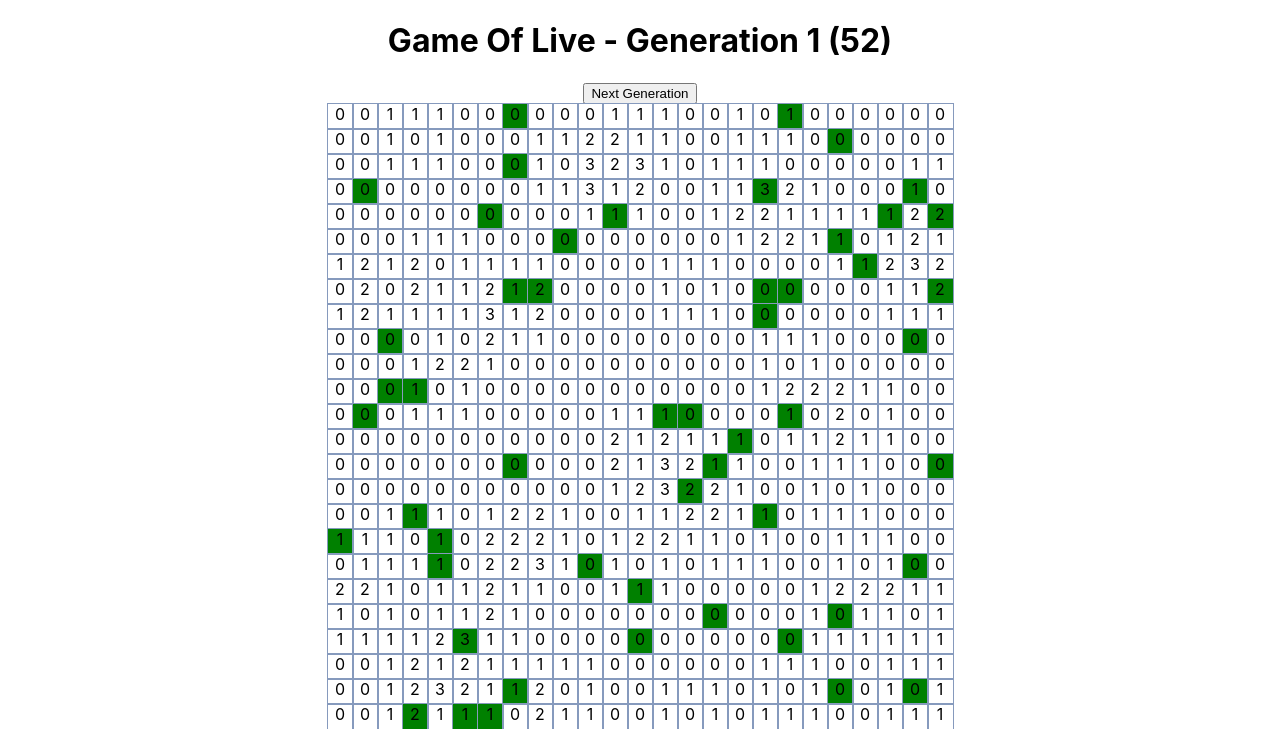
Repository: cfaguilera20/gol
Page: /
These files come from the project's save history. The page is drawn as it stood at one moment and after the next save; the edit follows.
The browser window is 1280 px wide. The pictures show the whole page.
The project was rebuilt for these pictures with package versions that can differ from the ones it lists, and the page was loaded fresh each time.

Above is the page before, as saved 2021-07-25 13:46:54.

After the next save:
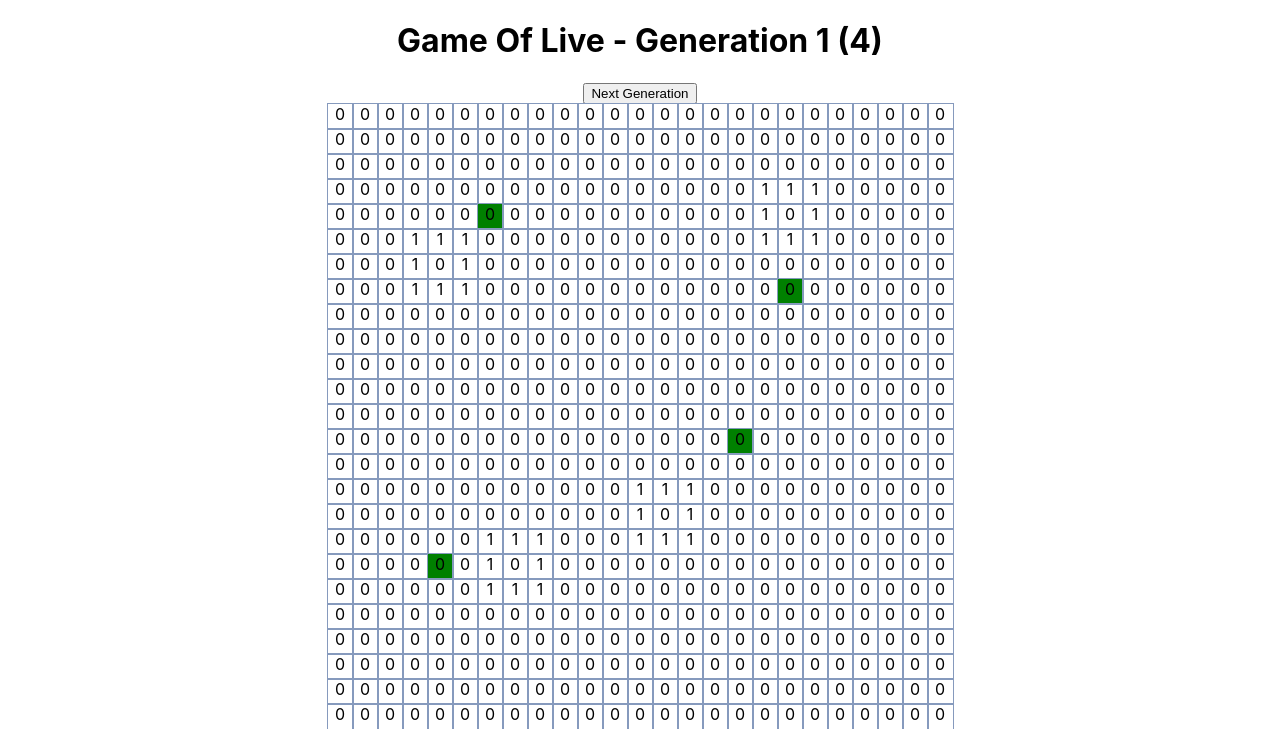
Saved 7 s later.
--- a/src/components/Board.jsx
+++ b/src/components/Board.jsx
@@ -2,7 +2,7 @@ import React, { useState } from 'react';
 import './Board.css';
 
 const WORLD_SIZE = 25;
-const WORLD_POPULATION = 90;
+const WORLD_POPULATION = 99;
 
 const Board = (props) => {
     const [world, setWorld] = useState(
